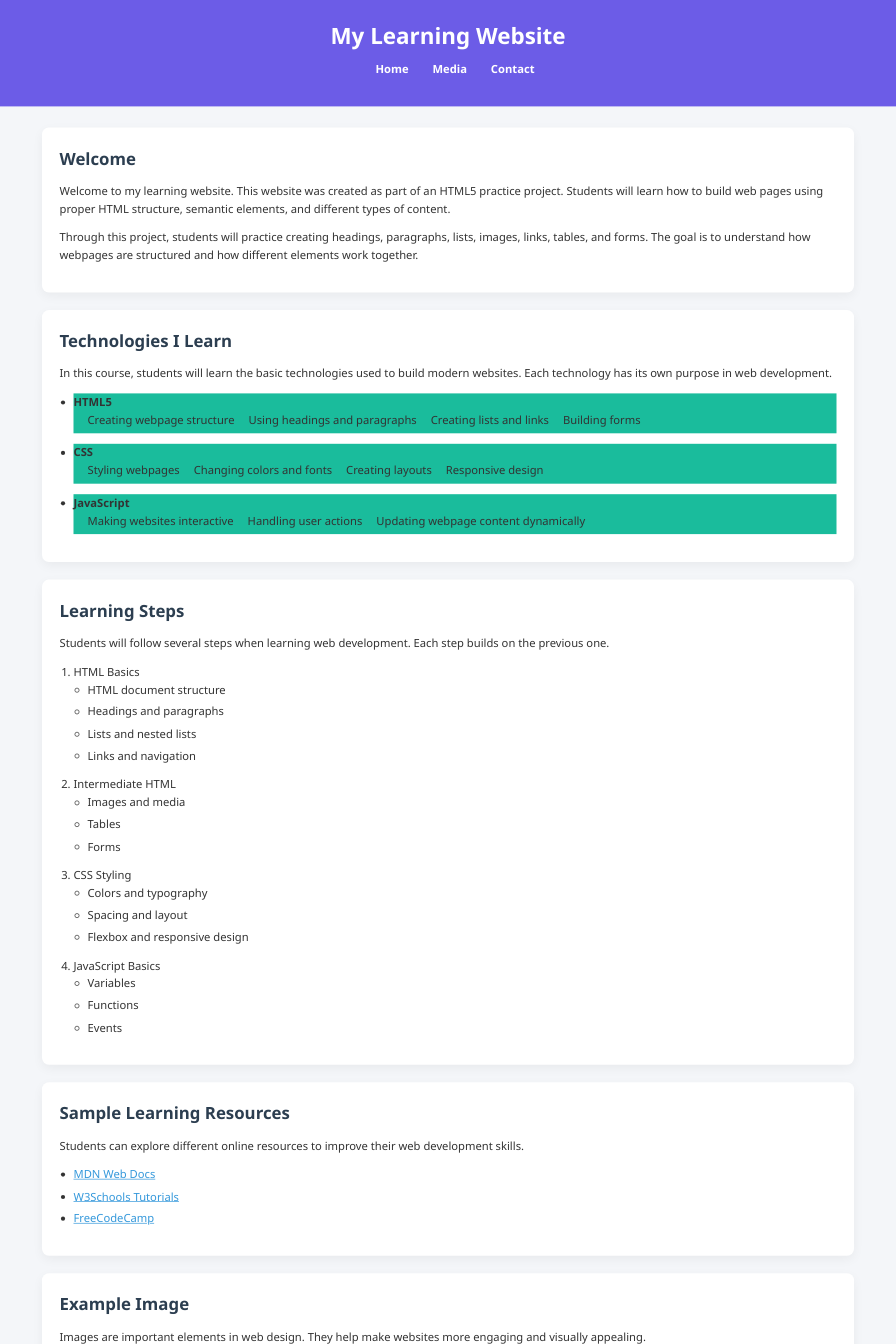
Repository: Than-sothearak/web_client_programing
Page: Week_03/index.html
The author's editor kept a copy of each file at every save. The page is drawn from the files as they stood at one save, then again after a run of saves.
The browser window is 1280 px wide. The pictures show the part of the page from y = 0 to 1920 px (the page is 2984 px tall), at 70% of full size.

Above is the page before, as saved 2026-03-24 21:17:26.

After the next 2 saves:
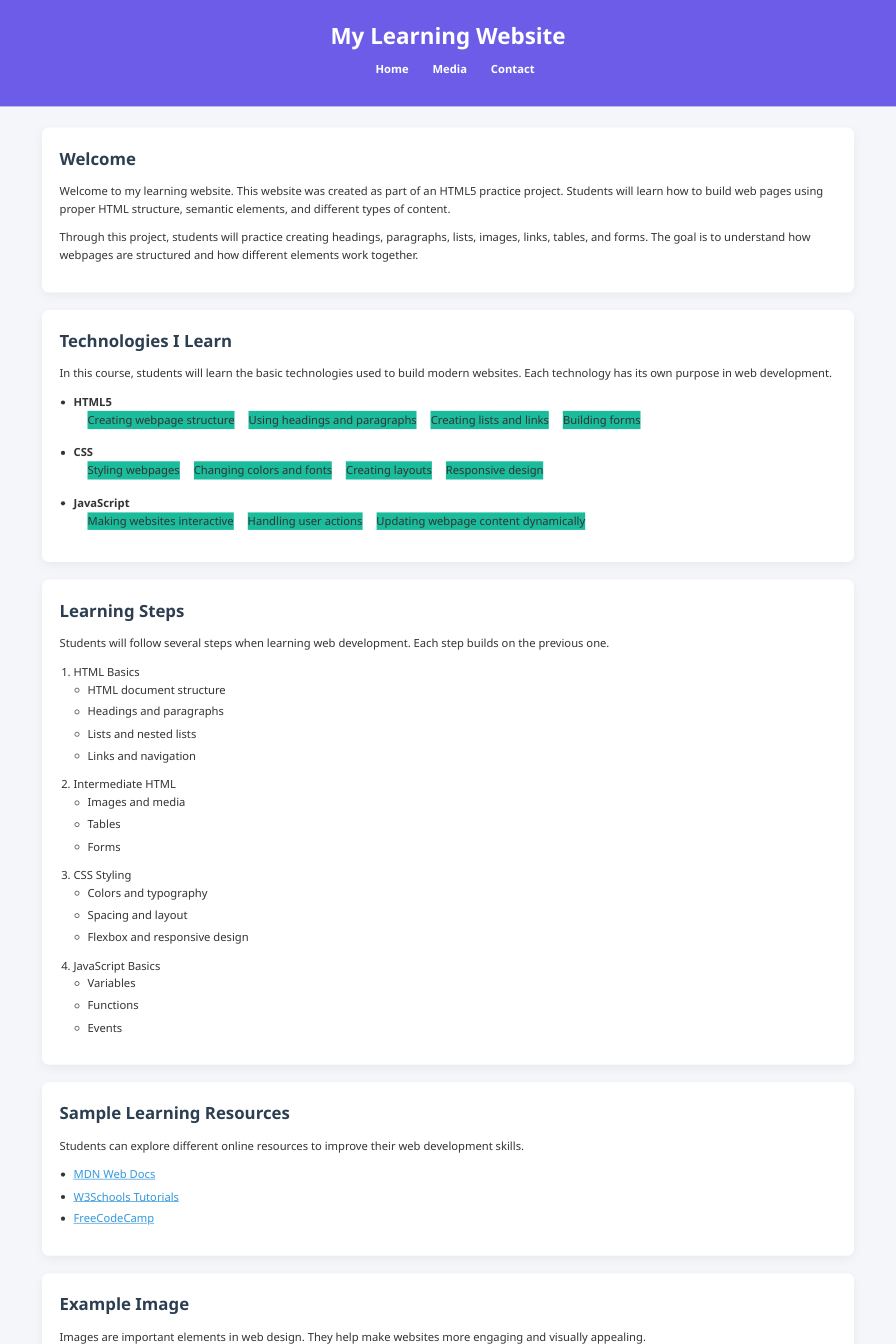
The 2 saves are shown as one change because they came seconds apart.
The last was saved 9 s later.
--- a/Week_03/styles.css
+++ b/Week_03/styles.css
@@ -100,10 +100,11 @@ ol {
 .card-container ul {
   display: flex;
   gap: 20px;
-  list-style: none;
-}
-
-.card {
+
+}
+
+.card li{
+    list-style: none;
   background-color: #1abc9c;
 }
 
